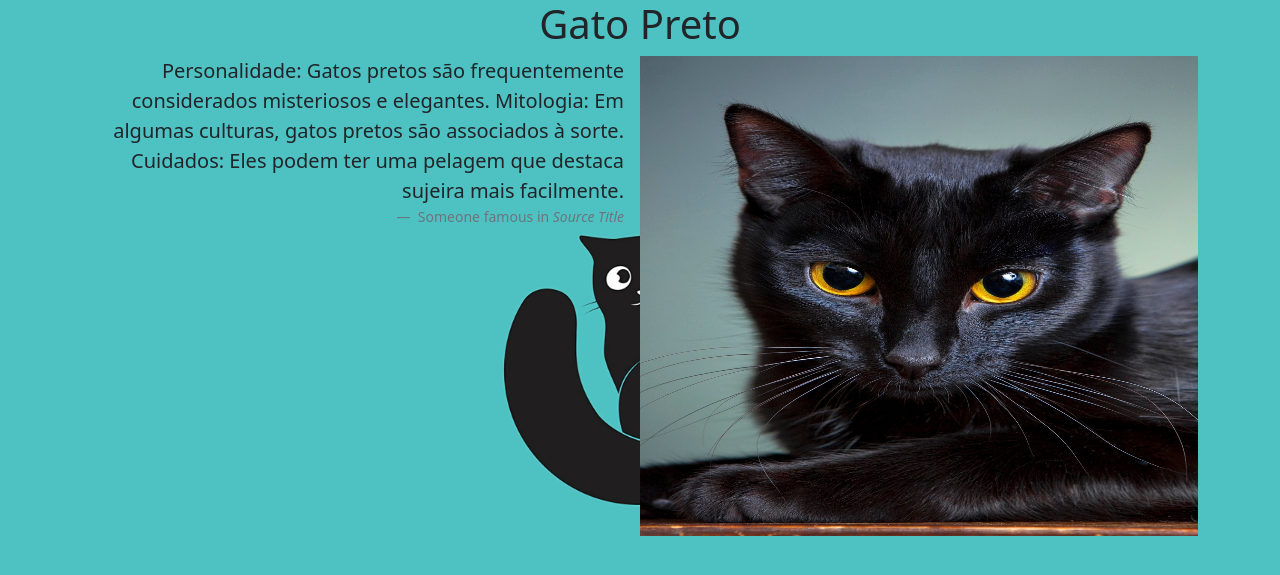
Repository: SktYzu/gatitu
Page: index.html
An editor plug-in stored every save of this project. The page is shown before and after a run of saves, followed by the edit.
The browser window is 1280 px wide. The pictures show the whole page.

Above is the page before, as saved 2023-11-27 15:16:50.

### index.html
<!DOCTYPE html>
<html lang="pt-BR">

<head>
    <meta charset="UTF-8">
    <meta name="viewport" content="width=device-width, initial-scale=1.0">
    <link rel="stylesheet" href="https://cdn.jsdelivr.net/npm/bootstrap@5.3.2/dist/css/bootstrap.min.css">
    <script src="https://cdn.jsdelivr.net/npm/bootstrap@5.3.2/dist/js/bootstrap.bundle.min.js"
        integrity="sha384-C6RzsynM9kWDrMNeT87bh95OGNyZPhcTNXj1NW7RuBCsyN/o0jlpcV8Qyq46cDfL"
        crossorigin="anonymous"></script>
    <title>Teste</title>
    <style>
        body {
            background-image: url('cat.jpg');
            background-size: cover;
        }
    </style>
</head>

<body>

    <h1 class="container text-center">Gato Preto</h1>
    <div class="container">

        <div class="clearfix">
            <img src="preto.jpg" class="col-md-6 float-md-end mb-3 ms-md-3" alt="..." height="480px">

            <figure class="text-end">
                <blockquote class="blockquote">
                    <p>Personalidade: Gatos pretos são frequentemente considerados misteriosos e elegantes.
                        Mitologia: Em algumas culturas, gatos pretos são associados à sorte.
                        Cuidados: Eles podem ter uma pelagem que destaca sujeira mais facilmente.</p>
                </blockquote>
                <figcaption class="blockquote-footer">
                    Someone famous in <cite title="Source Title">Source Title</cite>
                </figcaption>
            </figure>
        </div>
    </div>


</body>

</html>

After the next 2 saves:
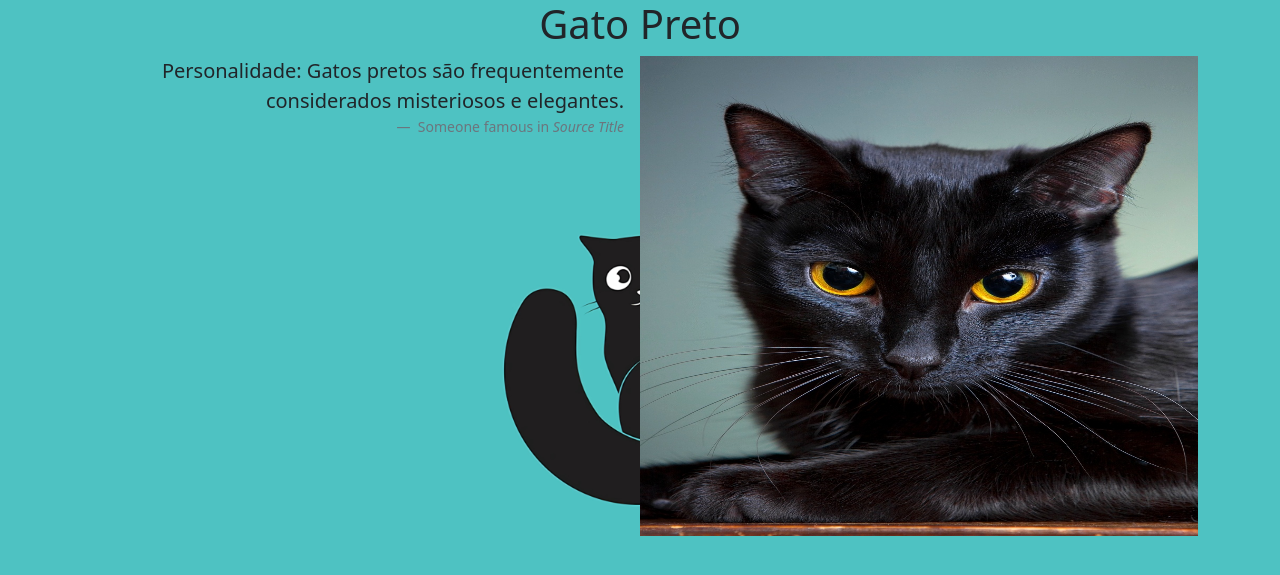
The 2 saves are shown as one change because they came seconds apart.
The last was saved 15 s later.
--- a/index.html
+++ b/index.html
@@ -27,9 +27,7 @@
 
             <figure class="text-end">
                 <blockquote class="blockquote">
-                    <p>Personalidade: Gatos pretos são frequentemente considerados misteriosos e elegantes.
-                        Mitologia: Em algumas culturas, gatos pretos são associados à sorte.
-                        Cuidados: Eles podem ter uma pelagem que destaca sujeira mais facilmente.</p>
+                    <p>Personalidade: Gatos pretos são frequentemente considerados misteriosos e elegantes.</p>
                 </blockquote>
                 <figcaption class="blockquote-footer">
                     Someone famous in <cite title="Source Title">Source Title</cite>
